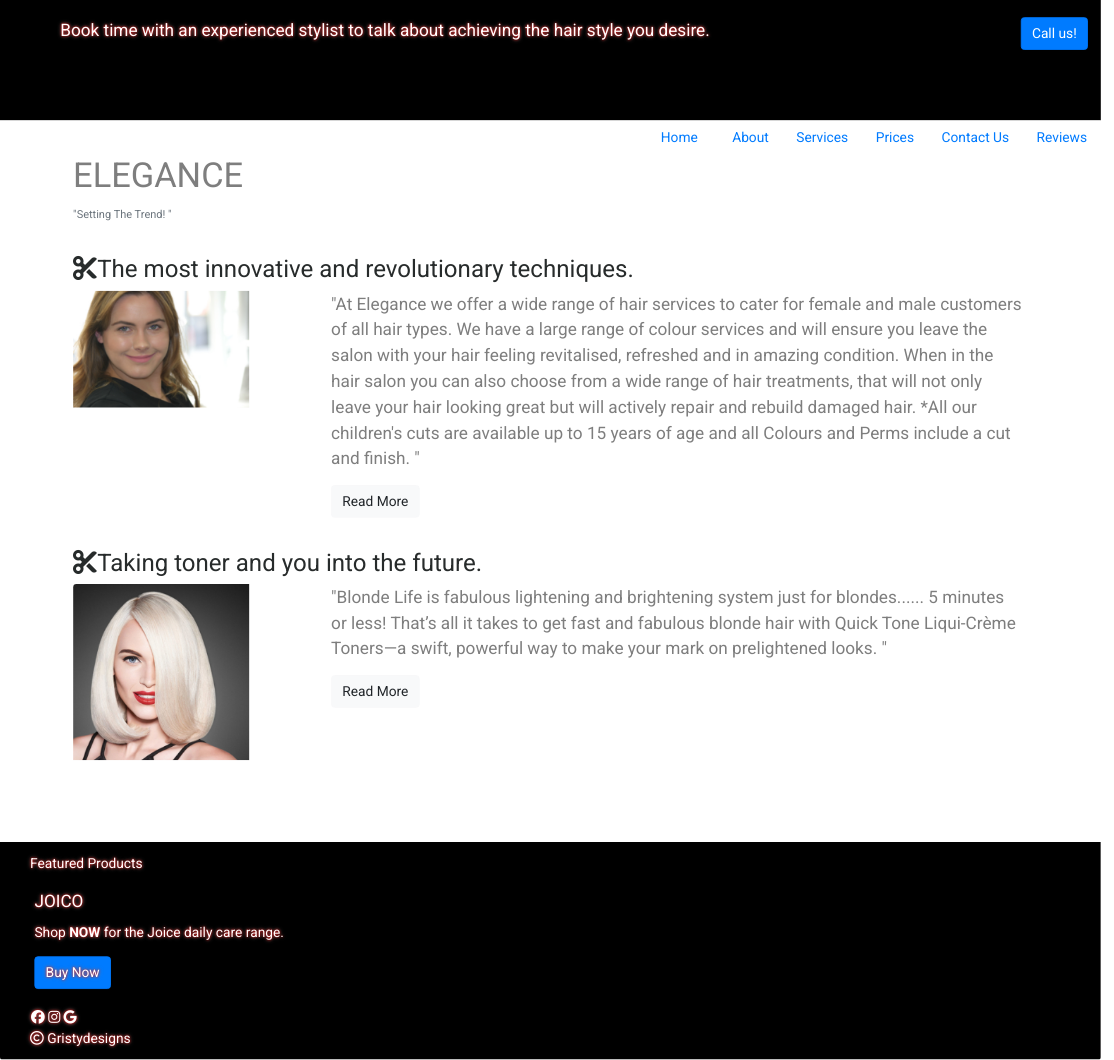
Repository: Gristydesigns/elegance-salon
Page: services.html
The author's editor kept a record of every edit. The page is drawn from the files as they stood at one moment, then again after the next edit.
The browser window is 1280 px wide. The page is 1295 px wide, so the pictures cover 1295 px, including what lies to the right of the window. The pictures show the whole page, at 86% of full size.
Some web libraries are served in a nearby version.

Above is the page before.
Console error: TypeError: Cannot read properties of undefined (reading 'fn')

### services.html
<!DOCTYPE html>
<html lang="en">
<!--Head------------------------->

<head>
    <meta charset="UTF-8">
    <meta name="viewport" content="width=device-width, initial-scale=1.0">
    <meta http-equiv="X-UA-Compatible" content="ie=edge">
    <link rel="stylesheet" href="https://stackpath.bootstrapcdn.com/bootstrap/4.3.1/css/bootstrap.min.css" integrity="sha384-ggOyR0iXCbMQv3Xipma34MD+dH/1fQ784/j6cY/iJTQUOhcWr7x9JvoRxT2MZw1T" crossorigin="anonymous">
    <script src="https://stackpath.bootstrapcdn.com/bootstrap/4.3.1/js/bootstrap.min.js" integrity="sha384-JjSmVgyd0p3pXB1rRibZUAYoIIy6OrQ6VrjIEaFf/nJGzIxFDsf4x0xIM+B07jRM" crossorigin="anonymous"></script>
    <link href="https://fonts.googleapis.com/css?family=Roboto:400,700&display=swap" rel="stylesheet">
    <script src="https://kit.fontawesome.com/d13d47f9ca.js"></script>
    <link rel="stylesheet" href="assets/css/style.css" type="text/css" />
    <title>Elegance Hair Salon Ledbury</title>
</head>
<!--End------------------------->

<body>
    <header>
        <!--callout--------------->
        <section class="container-fluid call-to-action">
            <div class="row">
                <div class="col-12">
                    <button class="btn-spinner-grow btn-spinner-grow-sm btn btn-primary btn-md float-right">Call us!<href="#" role="button"></button>
                <p class="lead">Book time with an experienced stylist  to talk about achieving the hair style you desire.</p>
                </div>
            </div>
        </section>
        <!--End------------------------->
        <!--Nav Bar--------------------->
        <section class="container-nav nav-bar">
            <div class="row">
                <div class="col-12 ">
                    <div class="nav navbar-light bg-light navbar-expand-sm nav-position left >
                             <a href=" # "class="navbar-salon "></a>
                               <button class="navbar-toggler mr-auto " type="button " data-toggle="collapse " data-target="#navbarNavDropdown " aria-controls="navbarNavDropdown " aria-expanded="false " aria-label="Toggle navigation ">
                                <span class="navbar-toggler-icon "></span></button>
                                 <div class="collapse navbar-collapse " id="navbarNavDropdown ">

                                 <ul class="nav nav-pills ml-auto ">
                                  <li class="active nav-item mr-2 "><a class="nav-link Home " href="# ">Home</a>
                                  <li class="nav-item "><a class="nav-link About " href="# ">About</a>
                                  <li class="nav-item "><a class="nav-link Services " href="# ">Services</a>
                                  <li class="nav-item "><a class="nav-link Prices " href="# ">Prices</a>
                                  <li class="nav-item "><a class="nav-link Contact us " href="# ">Contact Us</a>
                                  <li class="nav-item "><a class="nav-link Reviews " href="# ">Reviews</a>
                                  <li class="nav-item dropdown ">
                                 </ul>
                               </div>
                             </div>
                            </div>
                          </div>
                        </div>
                     </div>
        <!--logo------------------------->
        <section class="container logo ">
                  <div class="row ">
                    <div class=" col-md-12 ">
                        <h1>ELEGANCE</h1>
                        <p class="text-muted "><small>"Setting The Trend! "</small></p>
                    </div>
                </div>
        </section>
<!--End------------------------->


     </header>
<!--End------------------------------>
<!--feature space---------------------->
 <section class="headliners ">
  <div class="container headliner ">
  <!--feature article 1---------------------->
    <div class="row ">
     <div class="col-12 ">
      <h3 class="text "><i class="fas fa-cut "></i>The most innovative and revolutionary techniques. </h3>
        <div class="media ">
        <img src="image/image3.jpg " class="img-fluid rounded " alt="Responsive image ">
          </div>
           <blockquote class="blockquote ">
           <p>"At Elegance we offer a wide range of hair services to cater for female and male customers of all hair types. We have a large range of colour services and will ensure you leave the salon with your hair feeling revitalised, refreshed and in amazing condition.

When in the hair salon you can also choose from a wide range of hair treatments, that will not only leave your hair looking great but will actively repair and rebuild damaged hair.

*All our children's cuts are available up to 15 years of age and all Colours and Perms include a cut and finish. "</p>
             <p><a class="btn btn-md btn-light " href="https://elegance-hair-salon-hair-salon.business.site/ ">Read More</a></p>
              </div>
             </blockquote>
             </div>
           </div>
         </div>
       </div>
     </div>
     </div>
    </div>
 <!--feature article 2---------------------->
 <div class="container headliner ">
 <div class="row ">
   <div class="col-12 ">
     <h3 class="text "><i class="fas fa-cut flexi-wrap "></i>Taking toner and you into the future.</h3>
       <div class="media ">
          <img src="image/platinumn2.png " class="img-fluid rounded " alt="Responsive image ">
           </div>
           <blockquote class="blockquote ">
            <p> "Blonde Life is fabulous lightening and brightening system just for blondes...... 5 minutes or less! That’s all it takes to get fast and fabulous blonde hair with Quick Tone Liqui-Crème Toners—a swift, powerful way to make your mark
                        on prelightened looks. "</p>
            <p><a class="btn btn-md btn-light " href="https://elegance-hair-salon-hair-salon.business.site/ ">Read More</a></p>
           </blockquote>
         </div>
        </div>
       </div>
      </div>
     </div>
    </div>
   </div>
  </section>
  <!--End------------------------->
   <!--footer---------------------->
  <footer>
   <section class="card-footer ">
     <div class="container-fluid footer ">
      Featured Products
     </div>
        <div class="card-body ">
         <h5 class="card-title ">JOICO</h5>
          <p class="card-text ">Shop <strong>NOW</strong> for the Joice daily care range.</p>
           <a href="https://my-salon.shop/?salonname=Elegance&salonlocation=Ledbury " class="btn btn-primary ">Buy Now</a>
        </div>
        <div class="card">
        <div class "row  ">
          <div class="col-12 ">
            <i class="fab fa-facebook "></i>
            <i class="fab fa-instagram "></i>
            <i class="fab fa-google "></i>
          </div>
        </div>
      </div>
        <div class "row ">
          <div class="col-12 ">
            <i class="far fa-copyright " 2019 Gristydesigns ">
                        </i>
                        Gristydesigns
                    </div>
                </div>
        </section>
        </footer>
        <script src="https://stackpath.bootstrapcdn.com/bootstrap/4.3.1/js/bootstrap.min.js" integrity="sha384-JjSmVgyd0p3pXB1rRibZUAYoIIy6OrQ6VrjIEaFf/nJGzIxFDsf4x0xIM+B07jRM" crossorigin="anonymous"></script>
        <script src="https://code.jquery.com/jquery-3.3.1.slim.min.js" integrity="sha384-q8i/X+965DzO0rT7abK41JStQIAqVgRVzpbzo5smXKp4YfRvH+8abtTE1Pi6jizo" crossorigin="anonymous"></script>
        <script src="https://cdnjs.cloudflare.com/ajax/libs/popper.js/1.14.7/umd/popper.min.js" integrity="sha384-UO2eT0CpHqdSJQ6hJty5KVphtPhzWj9WO1clHTMGa3JDZwrnQq4sF86dIHNDz0W1" crossorigin="anonymous"></script>
</body>

</html>
<!--End------------------------->

### assets/css/style.css
@import url('https://fonts.googleapis.com/css?family=Roboto&display=swap 100,200,300,400,500,600,700|Exo 100,200,300,400,500,600,700');
/*---------------------------------colors */

body {
   font-family: 'Roboto', sans-serif;
  background-color:#fff;
  -webkit-background-size: cover;
  -moz-background-size: cover;
  -o-background-size: cover;
  background-size: cover;

}
/*---------------------------------call out */

.call-to-action {
    height:140px;
    background-color: black;
    font-size:20px;
    font-weight: 600px;
    color: #fff;
    text-align: left;
    padding-left:70px;
    padding-top: 20px;
    bottom:5px;
    text-shadow: 0 0 3px #FF0000, 0 0 5px #7e7e7e
   }

   .button {
       padding-top:0;
       padding-bottom:20px;
      }
/*---------------------------------nav-container */
.navbar-collapse {
 background-color: #fff;
 padding-left:10px;
 }
.nav-bar {
    padding-left:; 100px;
}

/*---------------------------------Logo */
.logo {
    color:#7e7e7e;
    font-weight: 900px;
    text-shadow: 2px 2px 4px #25292A
    padding-top: 20px;
    padding-bottom: 20px;
    display: flex;
    justify-content: left;

   }
 /*---------------------------------headliner */
 .headliner {
     color:#272B2B;

     justify-content: center;
 }
 .blockquote {
     padding-left: 10px;
     padding-right: 5px;
     color: #7e7e7e;

 }
  /*---------------------------------feature space */
.media {
    height: 300px;
    flex: none;
    width: 300px;
    text-align: right;
    float: left;
 }

.img-fluid {
    max-width: 75%;
    height: auto;
    padding-bottom: 5px;
    padding-right: 20px;

}
   /*---------------------------------Footer */
.card-footer {
    justify-content: center;
    padding: .75rem 1.25rem;
    background-color: black;
    border-top: 1px solid rgba(0,0,0,.125);
    color: #fff;
    text-shadow: 0 0 3px #FF0000, 0 0 5px #7e7e7e

}
 .card {
   background-color: black;

 }

After the next edit:
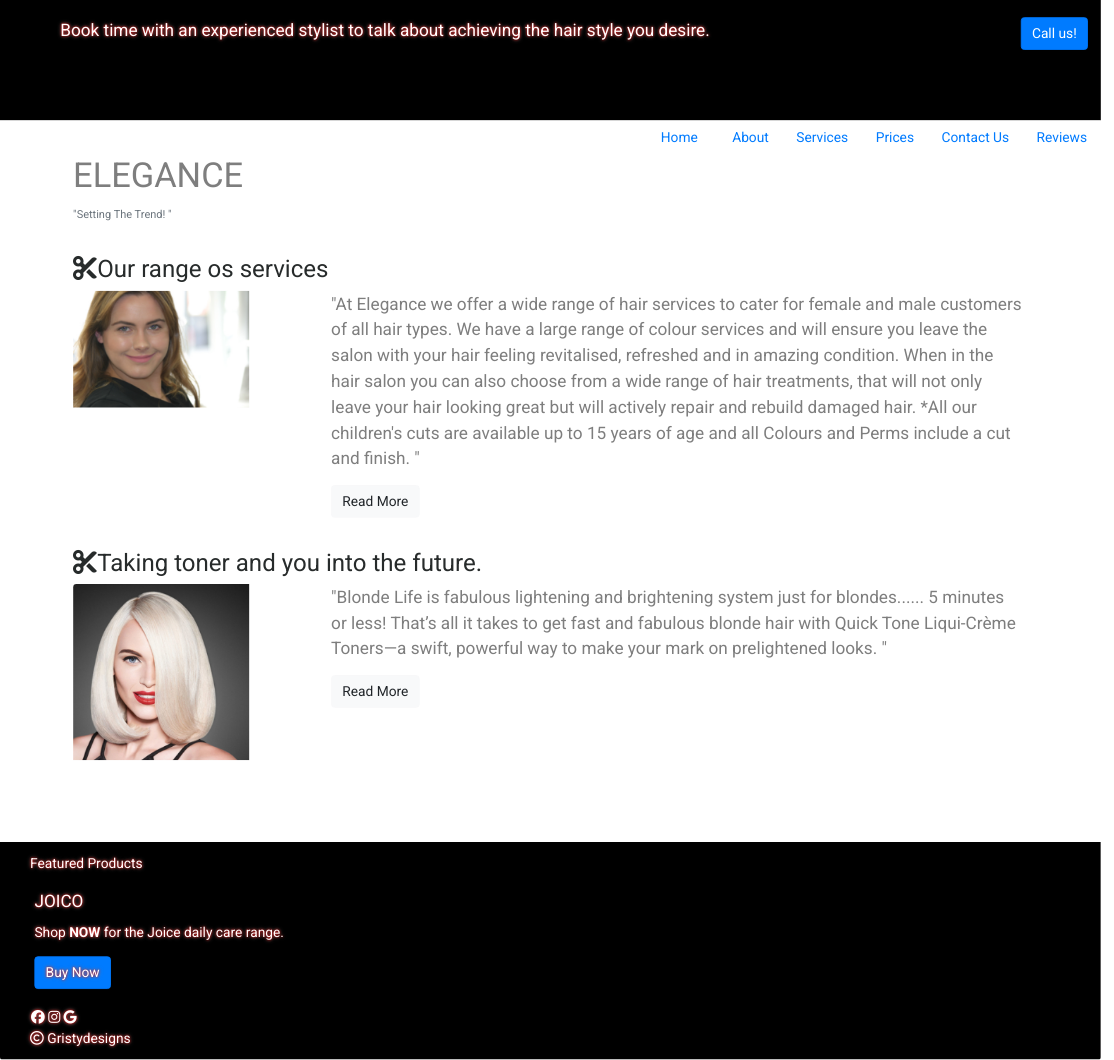
The edit:
--- a/services.html
+++ b/services.html
@@ -72,7 +72,7 @@
   <!--feature article 1---------------------->
     <div class="row ">
      <div class="col-12 ">
-      <h3 class="text "><i class="fas fa-cut "></i>The most innovative and revolutionary techniques. </h3>
+      <h3 class="text "><i class="fas fa-cut "></i>Our range os services </h3>
         <div class="media ">
         <img src="image/image3.jpg " class="img-fluid rounded " alt="Responsive image ">
           </div>
